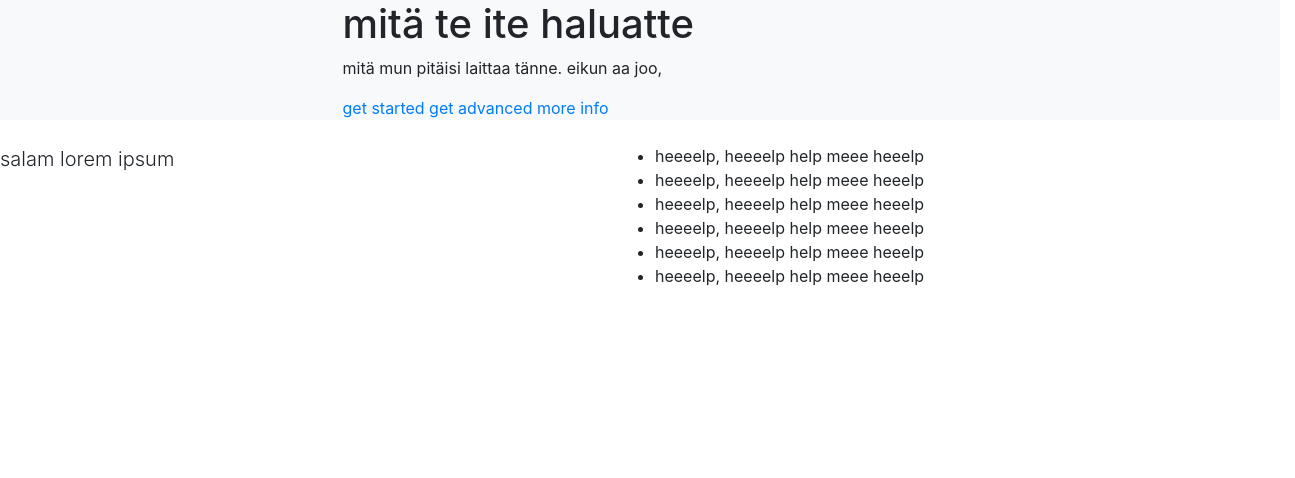
Repository: jessehapuli/jessehapuli.github.io
Page: Bootstrap/index.html
The author's editor kept a copy of each file at every save. The page is drawn from the files as they stood at one save, then again after the next save.
The browser window is 1280 px wide. The page is 1295 px wide, so the pictures cover 1295 px, including what lies to the right of the window. The pictures show the whole page.

Above is the page before, as saved 2024-04-24 10:21:45.

### Bootstrap/index.html
<!doctype html>
<html lang="en">
  <head>
    <!-- Required meta tags -->
    <meta charset="utf-8">
    <meta name="viewport" content="width=device-width, initial-scale=1, shrink-to-fit=no">

    <!-- Bootstrap CSS -->
    <link rel="stylesheet" href="https://cdn.jsdelivr.net/npm/bootstrap@4.6.2/dist/css/bootstrap.min.css" integrity="sha384-xOolHFLEh07PJGoPkLv1IbcEPTNtaed2xpHsD9ESMhqIYd0nLMwNLD69Npy4HI+N" crossorigin="anonymous">

    <title>Hello, world!</title>
  </head>
  <body>

    <section class="container-fluid bg-light">
      <div class="rov">
        <div class="offset-md-3 col-md-6">
          <h1>mitä te ite haluatte</h1>
          <p>mitä mun pitäisi laittaa tänne. eikun aa joo, </p>
          <a href="">get started</a>
          <a href="">get advanced</a>
          <a href="">more info</a>
        </div>
      </div>
    </section>

    <sectio class="container">
      <div class="row">
        <div class="col-md-6">
          <p class="lead">salam lorem ipsum</p>
        </div>
        <div class="col-md-6">
          <ul class="list-group">
            <li class="list-group.item">heeeelp, heeeelp help meee heeelp</li>
            <li class="list-group.item">heeeelp, heeeelp help meee heeelp</li>
            <li class="list-group.item">heeeelp, heeeelp help meee heeelp</li>
            <li class="list-group.item">heeeelp, heeeelp help meee heeelp</li>
            <li class="list-group.item">heeeelp, heeeelp help meee heeelp</li>
            <li class="list-group.item">heeeelp, heeeelp help meee heeelp</li>
          </ul>
        </div>
      </div>
    </section>

    <!-- Optional JavaScript; choose one of the two! -->

    <!-- Option 1: jQuery and Bootstrap Bundle (includes Popper) -->
    <script src="https://cdn.jsdelivr.net/npm/jquery@3.5.1/dist/jquery.slim.min.js" integrity="sha384-DfXdz2htPH0lsSSs5nCTpuj/zy4C+OGpamoFVy38MVBnE+IbbVYUew+OrCXaRkfj" crossorigin="anonymous"></script>
    <script src="https://cdn.jsdelivr.net/npm/bootstrap@4.6.2/dist/js/bootstrap.bundle.min.js" integrity="sha384-Fy6S3B9q64WdZWQUiU+q4/2Lc9npb8tCaSX9FK7E8HnRr0Jz8D6OP9dO5Vg3Q9ct" crossorigin="anonymous"></script>

    <!-- Option 2: Separate Popper and Bootstrap JS -->
    <!--
    <script src="https://cdn.jsdelivr.net/npm/jquery@3.5.1/dist/jquery.slim.min.js" integrity="sha384-DfXdz2htPH0lsSSs5nCTpuj/zy4C+OGpamoFVy38MVBnE+IbbVYUew+OrCXaRkfj" crossorigin="anonymous"></script>
    <script src="https://cdn.jsdelivr.net/npm/popper.js@1.16.1/dist/umd/popper.min.js" integrity="sha384-9/reFTGAW83EW2RDu2S0VKaIzap3H66lZH81PoYlFhbGU+6BZp6G7niu735Sk7lN" crossorigin="anonymous"></script>
    <script src="https://cdn.jsdelivr.net/npm/bootstrap@4.6.2/dist/js/bootstrap.min.js" integrity="sha384-+sLIOodYLS7CIrQpBjl+C7nPvqq+FbNUBDunl/OZv93DB7Ln/533i8e/mZXLi/P+" crossorigin="anonymous"></script>
    -->
  </body>
</html>

After the next save:
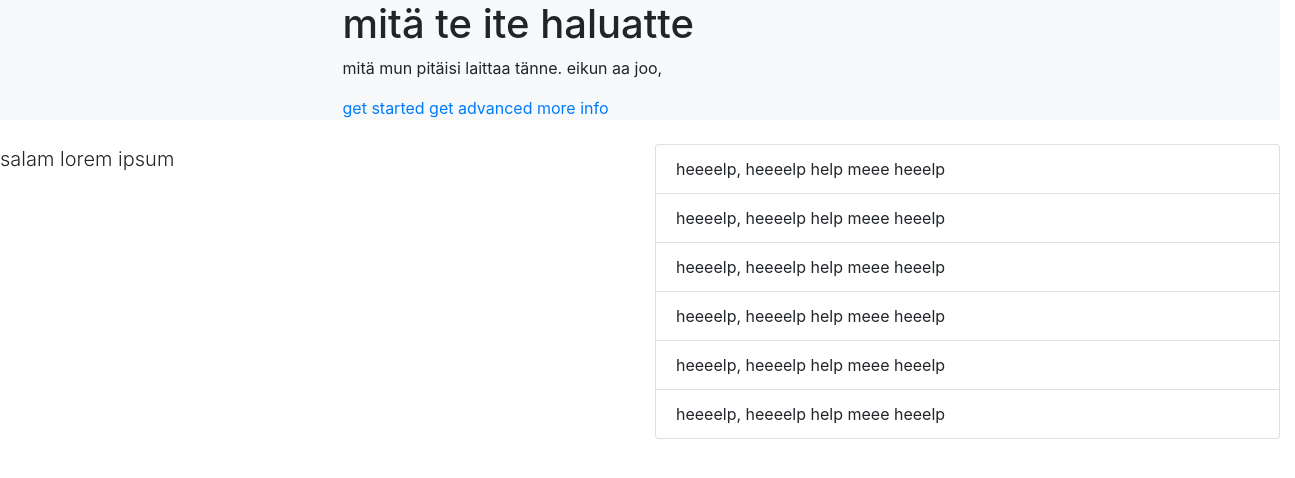
Saved 114 s later.
--- a/Bootstrap/index.html
+++ b/Bootstrap/index.html
@@ -31,12 +31,12 @@
         </div>
         <div class="col-md-6">
           <ul class="list-group">
-            <li class="list-group.item">heeeelp, heeeelp help meee heeelp</li>
-            <li class="list-group.item">heeeelp, heeeelp help meee heeelp</li>
-            <li class="list-group.item">heeeelp, heeeelp help meee heeelp</li>
-            <li class="list-group.item">heeeelp, heeeelp help meee heeelp</li>
-            <li class="list-group.item">heeeelp, heeeelp help meee heeelp</li>
-            <li class="list-group.item">heeeelp, heeeelp help meee heeelp</li>
+            <li class="list-group-item">heeeelp, heeeelp help meee heeelp</li>
+            <li class="list-group-item">heeeelp, heeeelp help meee heeelp</li>
+            <li class="list-group-item">heeeelp, heeeelp help meee heeelp</li>
+            <li class="list-group-item">heeeelp, heeeelp help meee heeelp</li>
+            <li class="list-group-item">heeeelp, heeeelp help meee heeelp</li>
+            <li class="list-group-item">heeeelp, heeeelp help meee heeelp</li>
           </ul>
         </div>
       </div>
